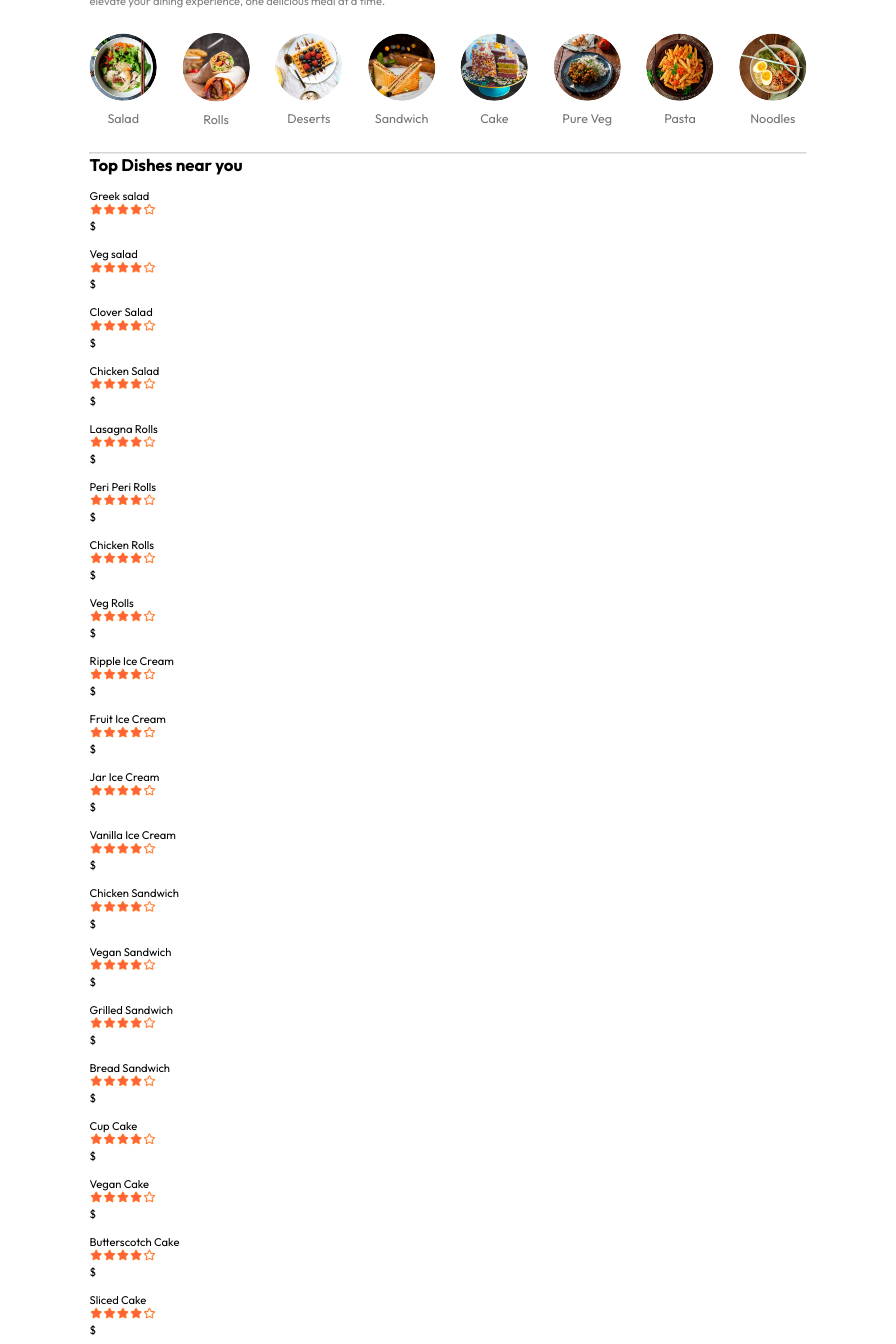
Repository: guilhermecardoso93/tomato-front-end
Page: /
These files come from the project's save history. The page is drawn as it stood at one moment and after the next save; the edit follows.
The browser window is 1280 px wide. The pictures show the part of the page from y = 680 to 2600 px (the page is 3586 px tall before and 12674 px after), at 70% of full size.
The project was rebuilt for these pictures with package versions that can differ from the ones it lists, and the page was loaded fresh each time. Also part of the build but not shown: vite.config.js, src/components/FoodItem/styles.css, src/components/FoodDisplay/styles.css, src/pages/Cart/styles.css, src/pages/Cart/index.jsx, src/pages/PlaceOrder/styles.css, src/pages/PlaceOrder/index.jsx.

Above is the page before, as saved 2024-10-30 19:17:57.

After the next save:
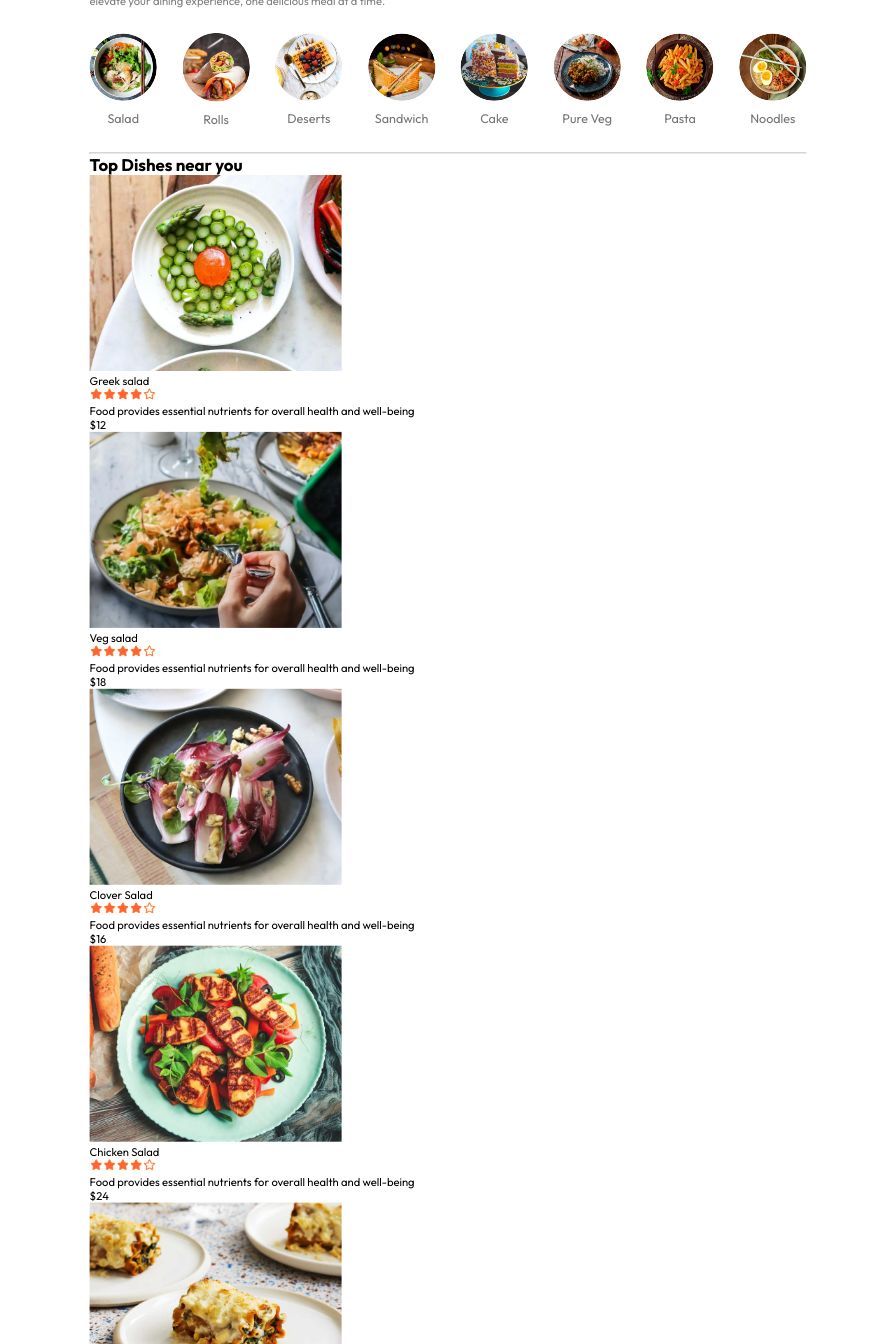
Saved 6 s later.
--- a/src/components/FoodDisplay/Index.jsx
+++ b/src/components/FoodDisplay/Index.jsx
@@ -16,9 +16,9 @@ export const FoodDisplay = ({ category }) => {
               key={index}
               id={item.id}
               name={item.name}
-              description={item._description}
-              price={item._price}
-              image={item._image}
+              description={item.description}
+              price={item.price}
+              image={item.image}
             />
           );
         })}
